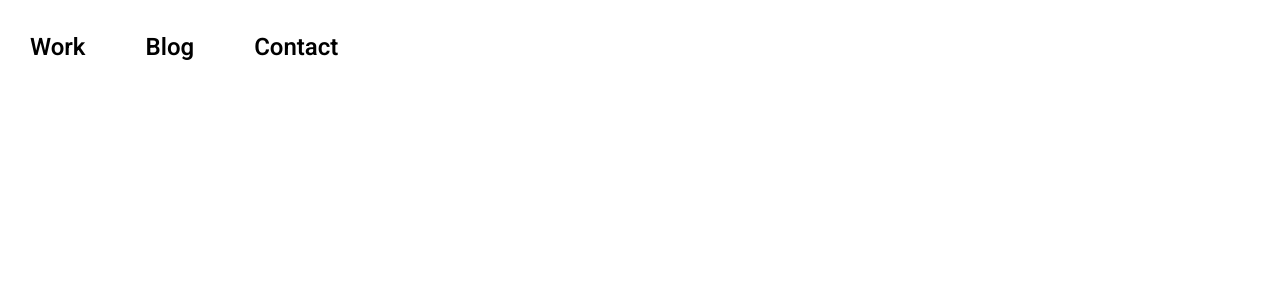
Repository: sharma171/portfolio
Page: /
These files come from the project's save history. The page is drawn as it stood at one moment and after the next save; the edit follows.
The browser window is 1280 px wide. The pictures show the whole page.
The project was rebuilt for these pictures with package versions that can differ from the ones it lists, and the page was loaded fresh each time. The framework's server and built-in components were replaced by stand-ins that run in the browser. Also part of the build but not shown: next.config.mjs.

Above is the page before, as saved 2024-05-31 23:22:39.

After the next save:
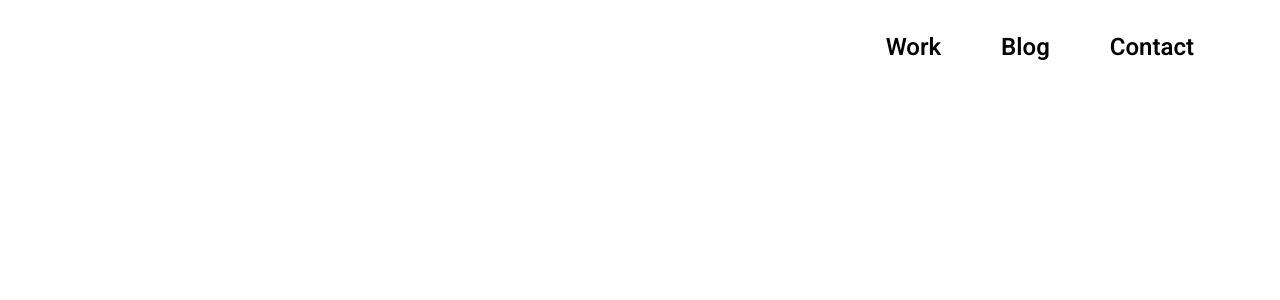
Saved 20 s later.
--- a/src/components/Header.jsx
+++ b/src/components/Header.jsx
@@ -19,7 +19,7 @@ const navLink = [
 const Header = () => {
     return(
         <header>
-            <nav className="styles.nav">
+            <nav className="nav">
                 <a href="/">
 
                 </a>
